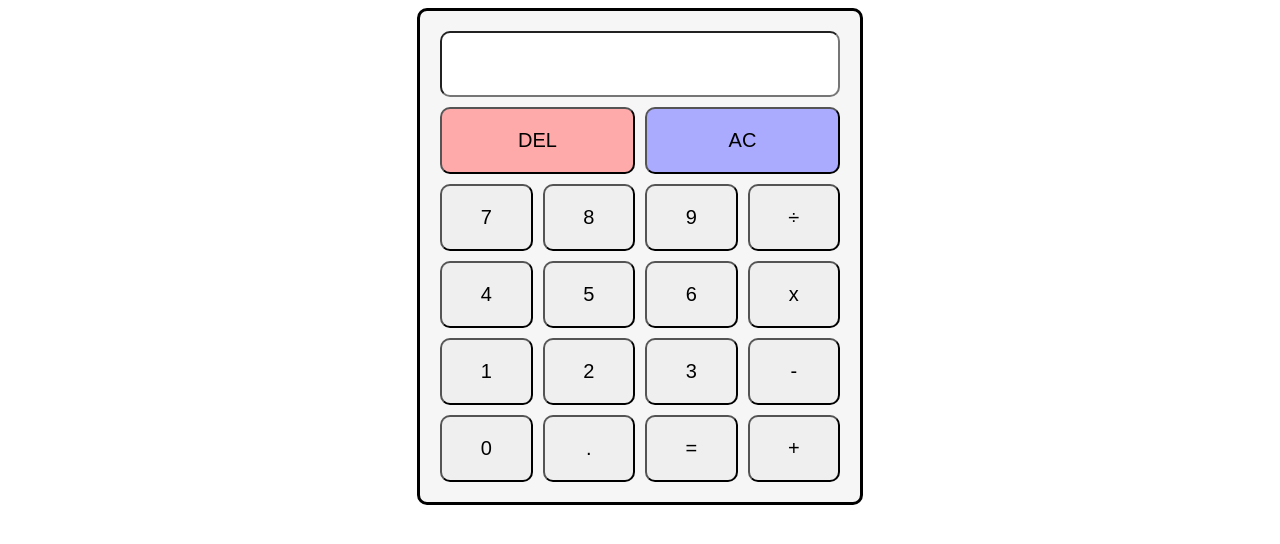
Repository: z1youRA/MyCalculator
Page: index.html
An editor plug-in stored every save of this project. The page is shown before and after the next save, followed by the edit.
The browser window is 1280 px wide. The pictures show the whole page.

Above is the page before, as saved 2021-12-19 17:54:42.

After the next save:
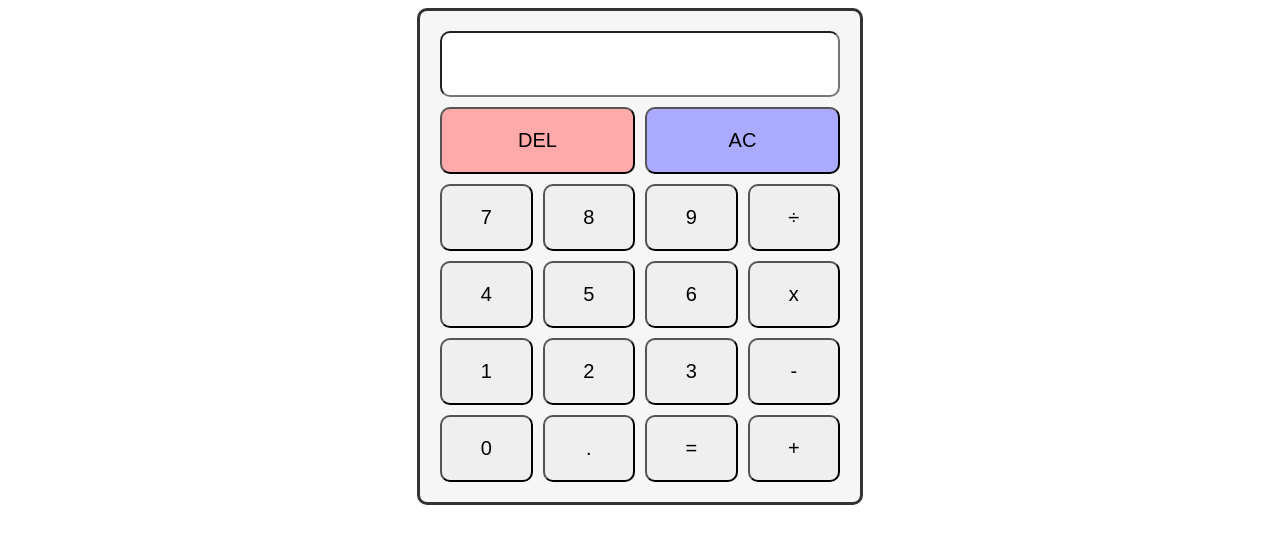
Saved 35 s later.
--- a/css/styles.css
+++ b/css/styles.css
@@ -26,7 +26,7 @@ body {
     padding: 20px;
     border-radius: 10px;
     display: flex;
-    border: solid;
+    border: solid var(--border);
     width: 400px;
     justify-content: center;
     flex-direction: column;
